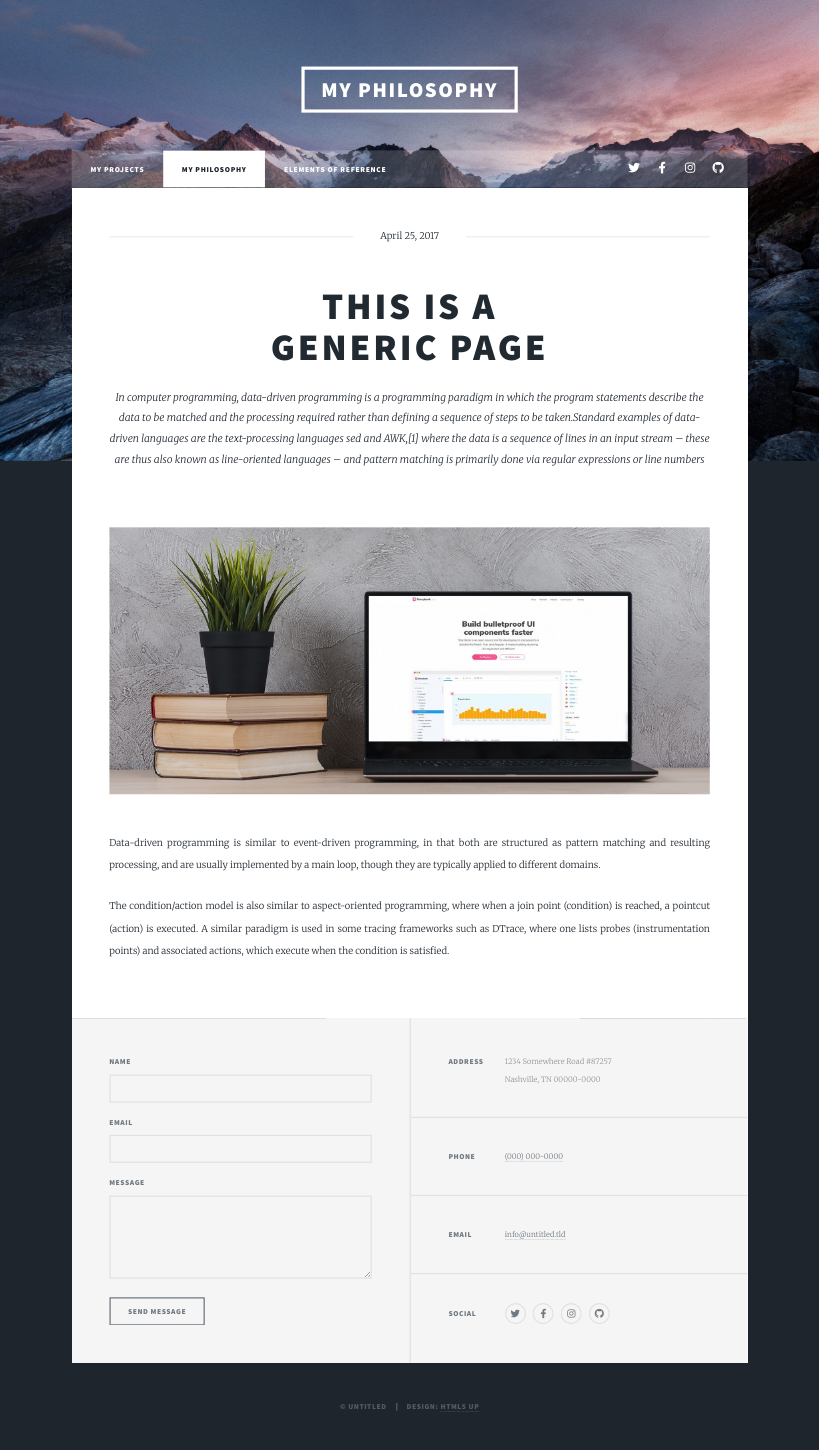
Repository: enlilsudo/Orlando-Portfolio
Page: generic.html
These files come from the project's save history. The page is drawn as it stood at one moment and after the next save; the edit follows.
The browser window is 1280 px wide. The pictures show the whole page, at 64% of full size.

Above is the page before, as saved 2023-02-02 10:39:43.

### generic.html
<!DOCTYPE HTML>
<!--
	Massively by HTML5 UP
	html5up.net | @ajlkn
	Free for personal and commercial use under the CCA 3.0 license (html5up.net/license)
-->
<html>
	<head>
		<title>My Philosophy</title>
		<meta charset="utf-8" />
		<meta name="viewport" content="width=device-width, initial-scale=1, user-scalable=no" />
		<link rel="stylesheet" href="assets/css/main.css" />
		<noscript><link rel="stylesheet" href="assets/css/noscript.css" /></noscript>
	</head>
	<body class="is-preload">

		<!-- Wrapper -->
			<div id="wrapper">

				<!-- Header -->
					<header id="header">
						<a href="index.html" class="logo">My Philosophy</a>
					</header>

				<!-- Nav -->
					<nav id="nav">
						<ul class="links">
							<li><a href="index.html">My Projects</a></li>
							<li class="active"><a href="generic.html">My Philosophy</a></li>
							<li><a href="elements.html">Elements of Reference</a></li>
						</ul>
						<ul class="icons">
							<li><a href="#" class="icon brands fa-twitter"><span class="label">Twitter</span></a></li>
							<li><a href="#" class="icon brands fa-facebook-f"><span class="label">Facebook</span></a></li>
							<li><a href="#" class="icon brands fa-instagram"><span class="label">Instagram</span></a></li>
							<li><a href="#" class="icon brands fa-github"><span class="label">GitHub</span></a></li>
						</ul>
					</nav>

				<!-- Main -->
					<div id="main">

						<!-- Post -->
							<section class="post">
								<header class="major">
									<span class="date">April 25, 2017</span>
									<h1>This is a<br />
									Generic Page</h1>
									<p>In computer programming, data-driven programming is a programming paradigm in which the program statements describe the data to be matched and the processing required rather than defining a sequence of steps to be taken.Standard examples of data-driven languages are the text-processing languages sed and AWK,[1] where the data is a sequence of lines in an input stream – these are thus also known as line-oriented languages – and pattern matching is primarily done via regular expressions or line numbers<br />
									<br />
									</p>
								</header>
								<div class="image main"><img src="images/pic01.jpg" alt="" /></div>
								<p>Data-driven programming is similar to event-driven programming, in that both are structured as pattern matching and resulting processing, and are usually implemented by a main loop, though they are typically applied to different domains.</p>
								<p>The condition/action model is also similar to aspect-oriented programming, where when a join point (condition) is reached, a pointcut (action) is executed. A similar paradigm is used in some tracing frameworks such as DTrace, where one lists probes (instrumentation points) and associated actions, which execute when the condition is satisfied.</p>
							</section>

					</div>

				<!-- Footer -->
					<footer id="footer">
						<section>
							<form method="post" action="#">
								<div class="fields">
									<div class="field">
										<label for="name">Name</label>
										<input type="text" name="name" id="name" />
									</div>
									<div class="field">
										<label for="email">Email</label>
										<input type="text" name="email" id="email" />
									</div>
									<div class="field">
										<label for="message">Message</label>
										<textarea name="message" id="message" rows="3"></textarea>
									</div>
								</div>
								<ul class="actions">
									<li><input type="submit" value="Send Message" /></li>
								</ul>
							</form>
						</section>
						<section class="split contact">
							<section class="alt">
								<h3>Address</h3>
								<p>1234 Somewhere Road #87257<br />
								Nashville, TN 00000-0000</p>
							</section>
							<section>
								<h3>Phone</h3>
								<p><a href="#">(000) 000-0000</a></p>
							</section>
							<section>
								<h3>Email</h3>
								<p><a href="#">info@untitled.tld</a></p>
							</section>
							<section>
								<h3>Social</h3>
								<ul class="icons alt">
									<li><a href="#" class="icon brands alt fa-twitter"><span class="label">Twitter</span></a></li>
									<li><a href="#" class="icon brands alt fa-facebook-f"><span class="label">Facebook</span></a></li>
									<li><a href="#" class="icon brands alt fa-instagram"><span class="label">Instagram</span></a></li>
									<li><a href="#" class="icon brands alt fa-github"><span class="label">GitHub</span></a></li>
								</ul>
							</section>
						</section>
					</footer>

				<!-- Copyright -->
					<div id="copyright">
						<ul><li>&copy; Untitled</li><li>Design: <a href="https://html5up.net">HTML5 UP</a></li></ul>
					</div>

			</div>

		<!-- Scripts -->
			<script src="assets/js/jquery.min.js"></script>
			<script src="assets/js/jquery.scrollex.min.js"></script>
			<script src="assets/js/jquery.scrolly.min.js"></script>
			<script src="assets/js/browser.min.js"></script>
			<script src="assets/js/breakpoints.min.js"></script>
			<script src="assets/js/util.js"></script>
			<script src="assets/js/main.js"></script>

	</body>
</html>

Loaded but not shown: assets/js/jquery.min.js (library); assets/css/fontawesome-all.min.css (library); assets/js/jquery.scrollex.min.js (common file); assets/js/jquery.scrolly.min.js (common file); assets/js/browser.min.js (common file); assets/js/breakpoints.min.js (common file); assets/js/util.js (587 lines, source omitted); assets/js/main.js (258 lines, source omitted); assets/css/main.css (4689 lines, source omitted)

After the next save:
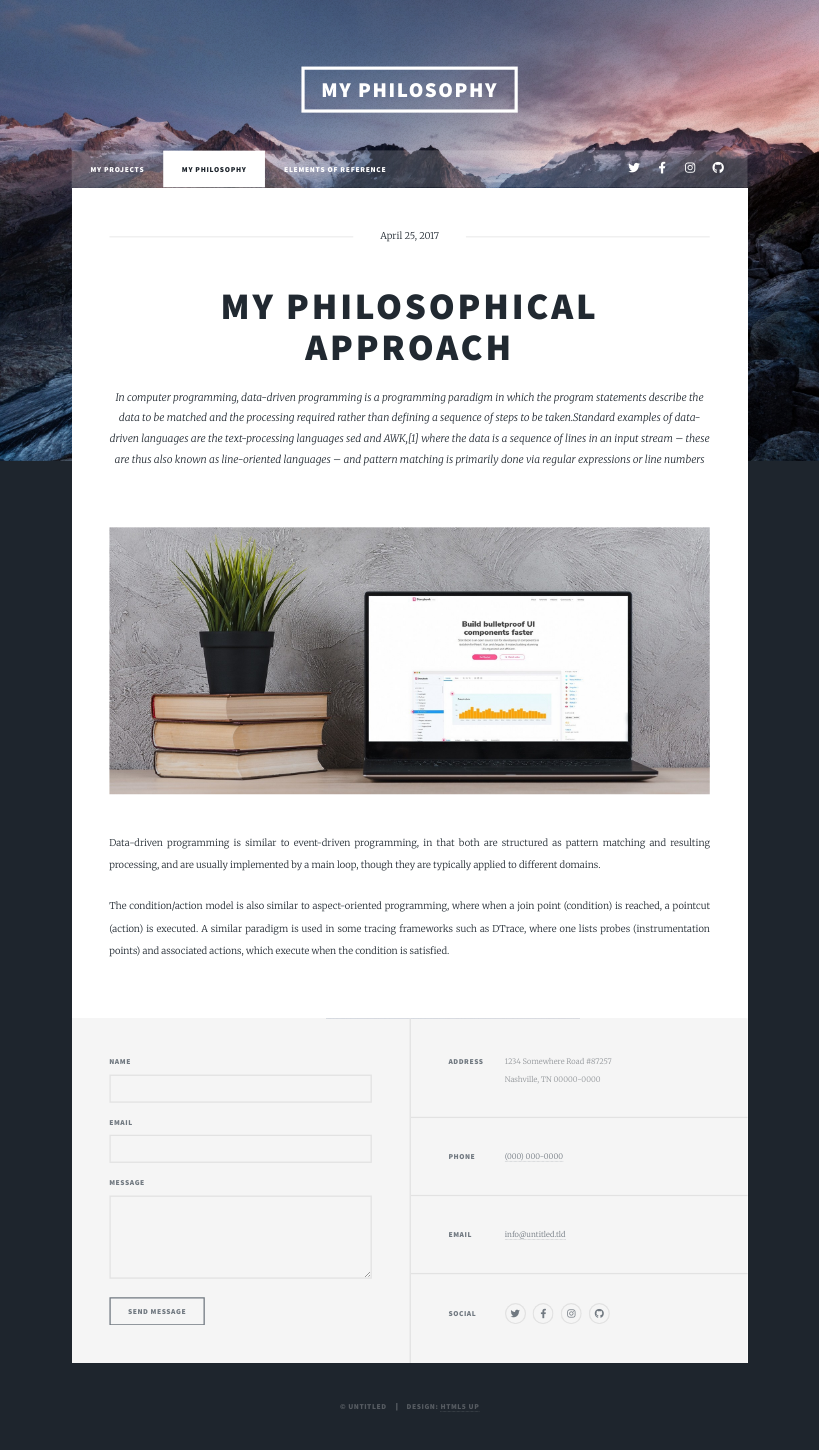
Saved 11 min 42 s later.
--- a/generic.html
+++ b/generic.html
@@ -44,8 +44,8 @@
 							<section class="post">
 								<header class="major">
 									<span class="date">April 25, 2017</span>
-									<h1>This is a<br />
-									Generic Page</h1>
+									<h1>My Philosophical<br />
+									Approach</h1>
 									<p>In computer programming, data-driven programming is a programming paradigm in which the program statements describe the data to be matched and the processing required rather than defining a sequence of steps to be taken.Standard examples of data-driven languages are the text-processing languages sed and AWK,[1] where the data is a sequence of lines in an input stream – these are thus also known as line-oriented languages – and pattern matching is primarily done via regular expressions or line numbers<br />
 									<br />
 									</p>
